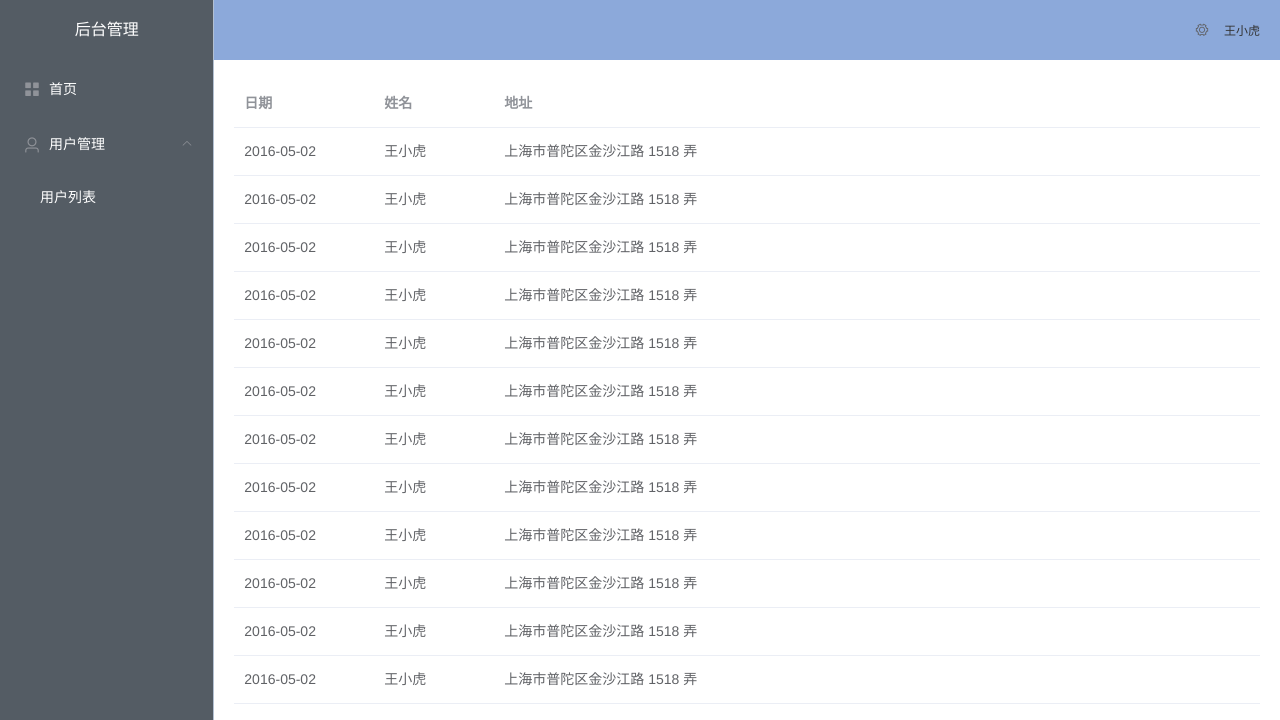
Repository: cmw520520/admin_vue
Page: /#/user/userlist
The author's editor kept a copy of each file at every save. The page is drawn from the files as they stood at one save, then again after the next save.
The browser window is 1280 px wide. The pictures show the whole page.
An inner scrolling area shows only its first screen. The project was rebuilt for these pictures with package versions that can differ from the ones it lists, and the page was loaded fresh each time. Also part of the build but not shown: src/page/home/Home.vue, example/Echart.vue.

Above is the page before, as saved 2019-07-01 15:32:50.

After the next save:
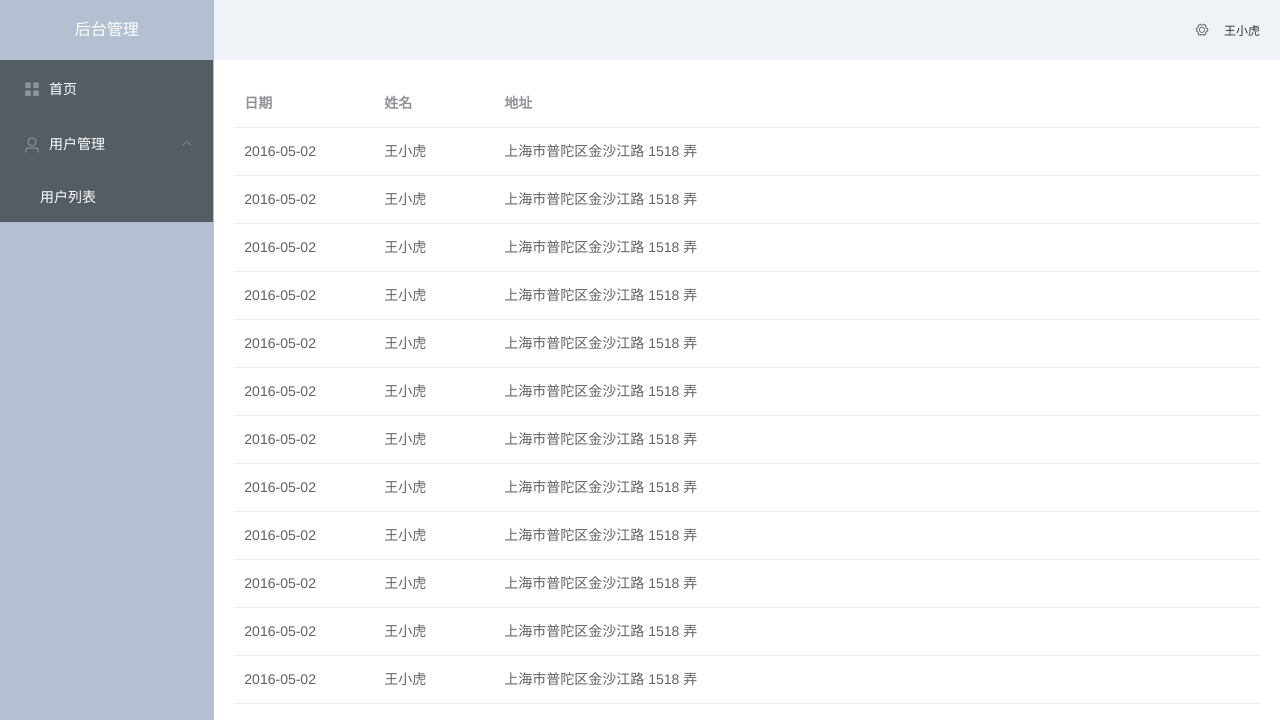
Saved 53 s later.
--- a/src/page/Manage.vue
+++ b/src/page/Manage.vue
@@ -1,6 +1,6 @@
 <template>
   <el-container style="height: 100%;">
-    <el-col :span="4" style="background-color: rgb(84, 92, 100);overflow:hidden;">
+    <el-col :span="4" style="background-color: #b3c0d1;overflow:hidden;">
       <el-col>
         <div class="logo">后台管理</div>
       </el-col>
@@ -44,7 +44,7 @@ export default {
 
 <style scope>
 .el-header {
-  background-color: rgb(140, 169, 218);
+  background-color: #EFF2F7;
   color: #333;
   line-height: 60px;
 }
